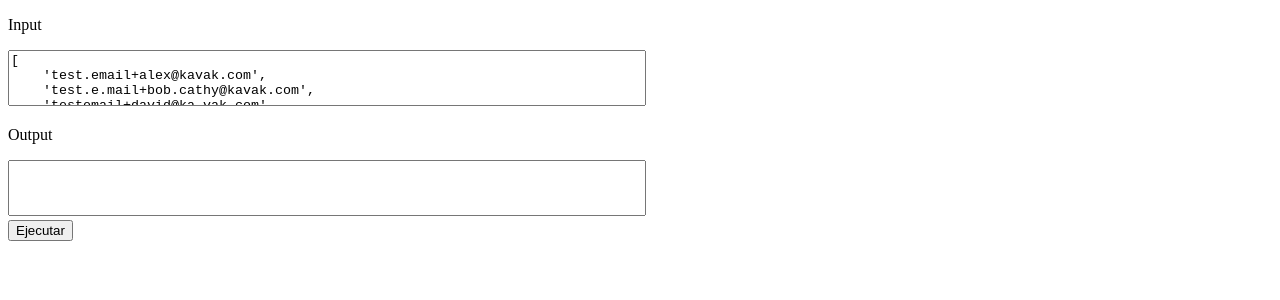
Repository: davobarrera/pruebaKVK
Page: index.html
An editor plug-in stored every save of this project. The page is shown before and after a run of saves, followed by the edit.
The browser window is 1280 px wide. The pictures show the whole page.

Above is the page before, as saved 2020-07-04 11:34:35.

### index.html
<!DOCTYPE html>
<html>

<head>
  <meta charset="utf-8">
  <title>Prueba KVK</title>
  <meta name="viewport" content="width=device-width, initial-scale=1">
</head>

<body>
    <p>Input</p>
    <textarea id="input"  style="width: 50%;">
[
    'test.email+alex@kavak.com',
    'test.e.mail+bob.cathy@kavak.com',
    'testemail+david@ka.vak.com'
]
    </textarea>
    <p>Output</p>
    <textarea id="output" style="width: 50%;"></textarea>
    <br>
    <button onclick=ejecutar()>Ejecutar</button>
  <script src="filtrarEmail.js"></script>
  <script>
      function auto_grow(element) {
            element.style.height = "5px";
            element.style.height = (element.scrollHeight)+"px";
        }
  </script>
  <style>
      textarea {
            resize: none;
            overflow: hidden;
            min-height: 50px;
            max-height: 100px;
        }
  </style>
</body>

</html>

### filtrarEmail.js
var emailsUnicos = function(emails) {
    var locales = emails.reduce(
        (acc,e) =>{
            var local, dominio, dividido;
            dividido = e.split('@');
            local = dividido[0];
            dominio = dividido[1];
            local = local.replace(/\./g,'').split('+')[0]
            acc.push([local,dominio].join('@'))
            return acc
        },[] )
        console.log(locales);
    return locales

};

var ejecutar = function (){
    var input = document.getElementById('input').value;
    var cleanText = input.replace(/\s/g,'').replace(/'/g,"\"")
    try{
        input = JSON.parse(cleanText);
    }catch(err){
        alert('No tiene la estructura de un arreglo de strings')
        return;
    }
    var output = emailsUnicos(input);
    output = output.reduce((acc, e) => acc + '\n' + e,'').replace(/,/g,'\n')
    document.getElementById('output').value = output;
}

After the next 2 saves:
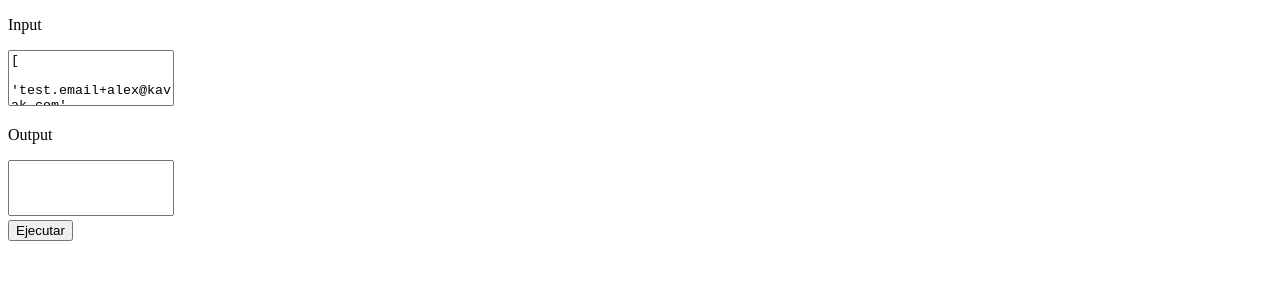
The 2 saves are shown as one change because they came seconds apart.
The last was saved 27 s later.
--- a/index.html
+++ b/index.html
@@ -9,7 +9,7 @@
 
 <body>
     <p>Input</p>
-    <textarea id="input"  style="width: 50%;">
+    <textarea id="input"  oninput="auto_grow(this)">
 [
     'test.email+alex@kavak.com',
     'test.e.mail+bob.cathy@kavak.com',
@@ -17,7 +17,7 @@
 ]
     </textarea>
     <p>Output</p>
-    <textarea id="output" style="width: 50%;"></textarea>
+    <textarea id="output" oninput="auto_grow(this)"></textarea>
     <br>
     <button onclick=ejecutar()>Ejecutar</button>
   <script src="filtrarEmail.js"></script>
